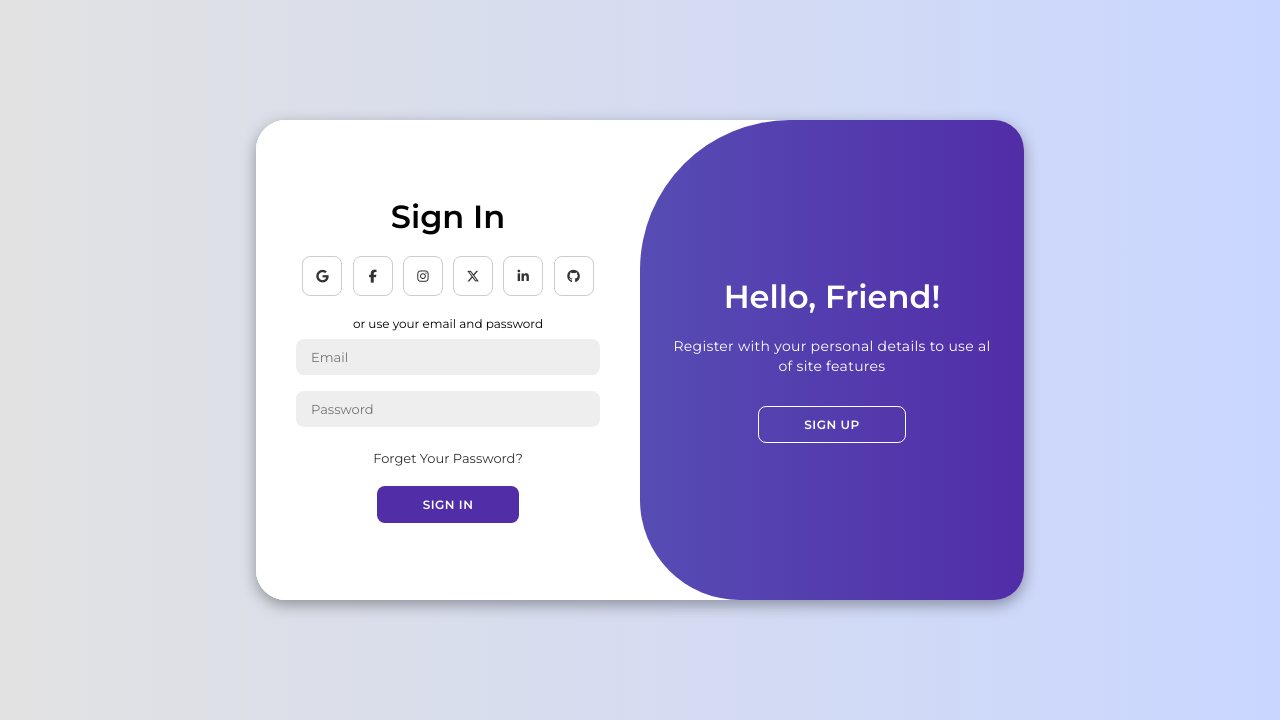
Repository: DevMike1993/Animated_Login_Page
Page: index.html
The author's editor kept a copy of each file at every save. The page is drawn from the files as they stood at one save, then again after a run of saves.
The browser window is 1280 px wide. The pictures show the whole page.

Above is the page before, as saved 2023-12-17 22:29:28.
Not found: script.js

### index.html
<!DOCTYPE html>
<html lang="en">
<head>
    <meta charset="UTF-8">
    <meta name="viewport" content="width=device-width, initial-scale=1.0">
    <link rel="stylesheet" href="https://cdnjs.cloudflare.com/ajax/libs/font-awesome/6.5.1/css/all.min.css">
    <link rel="stylesheet" href="style.css">
    <title>Animated Login Page</title>
</head>
<body>

    <div class="container" id="container">
        <div class="form-container sign-up">
            <form>
                <h1>Create Account</h1>
                <div class="social-icons">
                    <a href="#" class="icon"><i class="fa-brands fa-google"></i></a>
                    <a href="#" class="icon"><i class="fa-brands fa-facebook-f"></i></a>
                    <a href="#" class="icon"><i class="fa-brands fa-instagram"></i></a>
                    <a href="#" class="icon"><i class="fa-brands fa-x-twitter"></i></a>
                    <a href="#" class="icon"><i class="fa-brands fa-linkedin-in"></i></a>
                    <a href="#" class="icon"><i class="fa-brands fa-github"></i></a>
                </div>
                <span>or use your email for registration</span>
                <input type="text" placeholder="Name">
                <input type="email" placeholder="Email">
                <input type="password" placeholder="Password">
                <button>Sign Up</button>
            </form>
        </div>
        <div class="form-container sign-in">
            <form>
                <h1>Sign In</h1>
                <div class="social-icons">
                    <a href="#" class="icon"><i class="fa-brands fa-google"></i></a>
                    <a href="#" class="icon"><i class="fa-brands fa-facebook-f"></i></a>
                    <a href="#" class="icon"><i class="fa-brands fa-instagram"></i></a>
                    <a href="#" class="icon"><i class="fa-brands fa-x-twitter"></i></a>
                    <a href="#" class="icon"><i class="fa-brands fa-linkedin-in"></i></a>
                    <a href="#" class="icon"><i class="fa-brands fa-github"></i></a>
                </div>
                <span>or use your email and password</span>
                <input type="email" placeholder="Email">
                <input type="password" placeholder="Password">
                <a href="#">Forget Your Password?</a>
                <button>Sign In</button>
            </form>
        </div>
        <div class="toggle-container">
            <div class="toggle">
                <div class="toggle-panel toggle-left">
                    <h1>Welcome Back!</h1>
                    <p>Enter your personal details to use al of site features</p>
                    <button class="hidden" id="login">Sign In</button>
                </div>
                <div class="toggle-panel toggle-right">
                    <h1>Hello, Friend!</h1>
                    <p>Register with your personal details to use al of site features</p>
                    <button class="hidden" id="register">Sign Up</button>
                </div>
            </div>
        </div>
    </div>

    <script src="script.js"></script>
</body>
</html>

### style.css
@import url('https://fonts.googleapis.com/css2?family=Montserrat:ital,wght@0,200;0,300;0,400;0,500;0,600;1,200;1,300&family=Poppins&display=swap');

*{
    margin: 0;
    padding: 0;
    box-sizing: border-box;
    font-family: "Montserrat", sans-serif;
}

body{
    background-color: #c9d6ff;
    background: linear-gradient(to right, #e2e2e2, #c9d6ff);
    display: flex;
    align-items: center;
    justify-content: center;
    flex-direction: column;
    height: 100vh;
}

.container{
    background-color: #fff;
    border-radius: 30px;
    box-shadow: 0 5px 15px rgba(0, 0, 0, 0.35);
    position: relative;
    overflow: hidden;
    width: 768px;
    max-width: 100%;
    min-height: 480px;
}

.container p{
    font-size: 14px;
    line-height: 20px;
    letter-spacing: 0.3px;
    margin: 20px 0;
}

.container span{
    font-size: 12px;
}

.container a{
    color: #333;
    font-size: 13px;
    text-decoration: none;
    margin: 15px 0 10px;
}

.container button{
    background-color: #512da8;
    color: #fff;
    font-size: 12px;
    padding: 10px 45px;
    border: 1px solid transparent;
    border-radius: 8px;
    font-weight: 600;
    letter-spacing: 0.5px;
    text-transform: uppercase;
    margin-top: 10px;
    cursor: pointer;
}

.container button.hidden{
    background-color: transparent;
    border-color: #fff;
}

.container form{
    background-color: #fff;
    display: flex;
    align-items: center;
    justify-content: center;
    flex-direction: column;
    padding: 0 40px;
    height: 100%;
}

.container input{
    background-color: #eee;
    border: none;
    margin: 8px 0;
    padding: 10px 15px;
    font-size: 13px;
    border-radius: 8px;
    width: 100%;
    outline: none;
}

.form-container{
    position: absolute;
    top: 0;
    height: 100%;
    transition: all 0.6s ease-in-out;
}

.sign-in{
    left: 0;
    width: 50%;
    z-index: 2;
}

.container.active .sign-in{
    transform: translateX(100%);
}

.sing-up{
    left: 0;
    width: 50%;
    opacity: 0;
    z-index: 1;
}

.container.active sing-up{
    transform: translateX(100%);
    opacity: 1;
    z-index: 5;
    animation: move 0.6s;
}

@keyframes move{
    0%, 49.99%{
        opacity: 0;
        z-index: 1;
    }
    50%, 100%{
        opacity: 1;
        z-index: 5;
    }
}

.social-icons{
    margin: 20px 0;
}

.social-icons a{
    border: 1px solid #ccc;
    border-radius: 20%;
    display: inline-flex;
    justify-content: center;
    align-items: center;
    margin: 0 3px;
    width: 40px;
    height: 40px;
}

.toggle-container{
    position: absolute;
    top: 0;
    left: 50%;
    width: 50%;
    height: 100%;
    overflow: hidden;
    transition: all 0.6s ease-in-out;
    border-radius: 150px 0 0 100px;
    z-index: 1000;
}

.container.active .toggle-container{
    transform: translateX(-100%);
    border-radius: 0 150px 100px 0;

}

.toggle{
    background-color: #512da8;
    height: 100%;
    background: linear-gradient(to right, #5c6bc0, #512da8);
    color: #fff;
    position: relative;
    left: -100%;
    height: 100%;
    width: 200%;
    transform: translateX(0);
    transition: 0.6s ease-in-out;
}

.container.active .toggle{
    transform: translateX(50%);
}

.toggle-panel{
    position: absolute;
    width: 50%;
    height: 100%;
    display: flex;
    align-items: center;
    justify-content: center;
    flex-direction: column;
    padding: 0 30px;
    text-align: center;
    top: 0;
    transform: translateX(0);
    transition: all 0.6s ease-in-out;
}

.toggle-left{
    transform: translateX(-200%);
}

.container

.toggle-right{
    right: 0;
    transform: translateX(0);
}

After the next 2 saves:
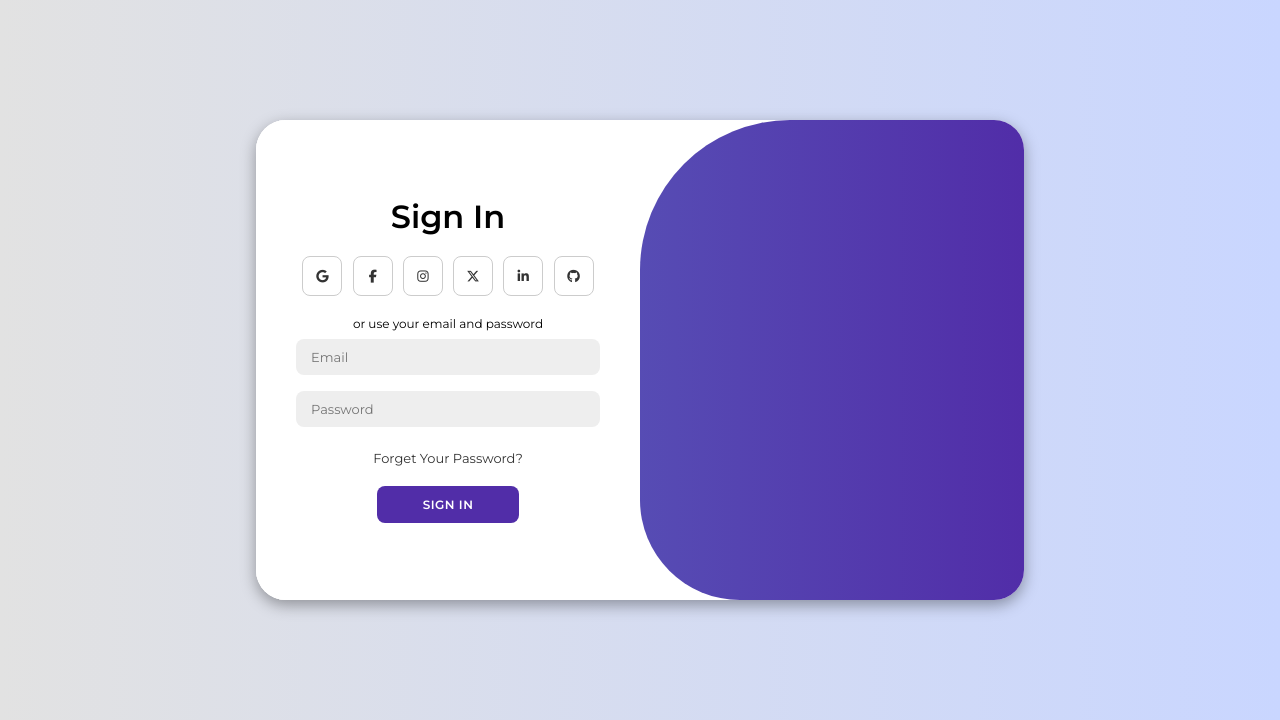
The 2 saves are shown as one change because they came seconds apart.
The last was saved 10 s later.
--- a/style.css
+++ b/style.css
@@ -197,7 +197,7 @@
     transform: translateX(-200%);
 }
 
-.container
+.conta
 
 .toggle-right{
     right: 0;

After the save that followed:
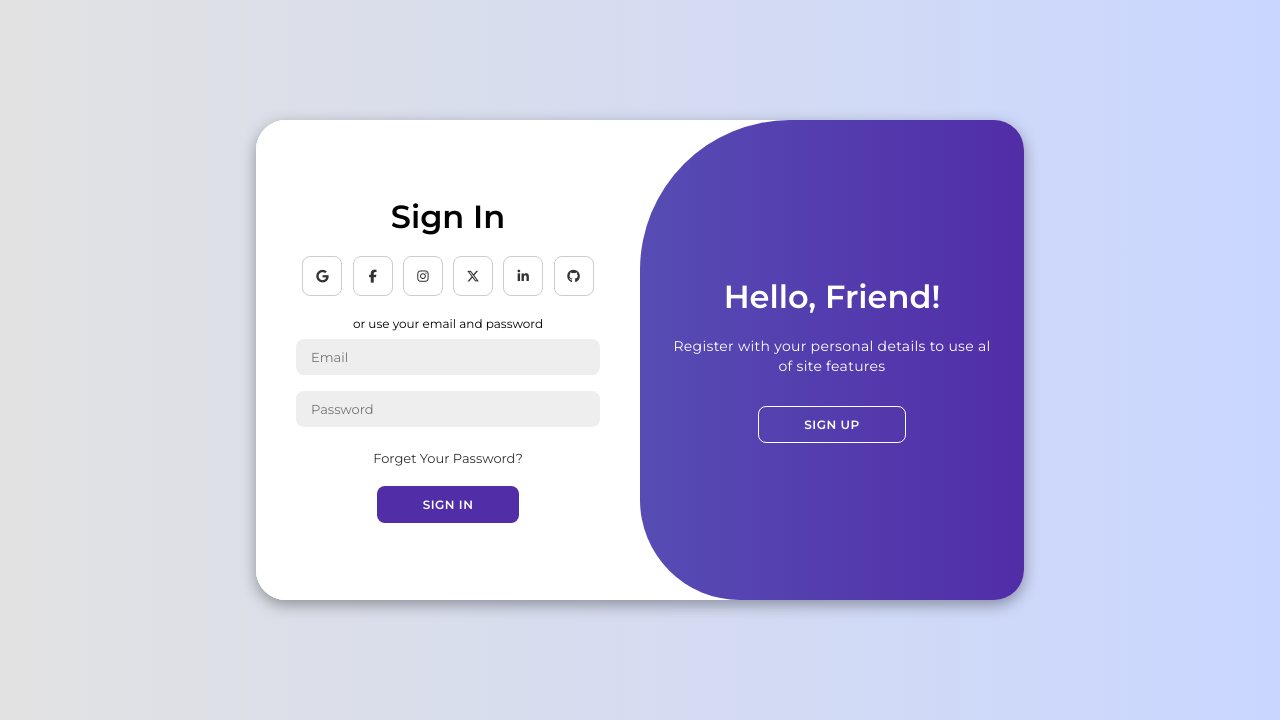
Saved 6 s later.
--- a/style.css
+++ b/style.css
@@ -197,7 +197,9 @@
     transform: translateX(-200%);
 }
 
-.conta
+.container.active .toggle-left{
+
+}
 
 .toggle-right{
     right: 0;
